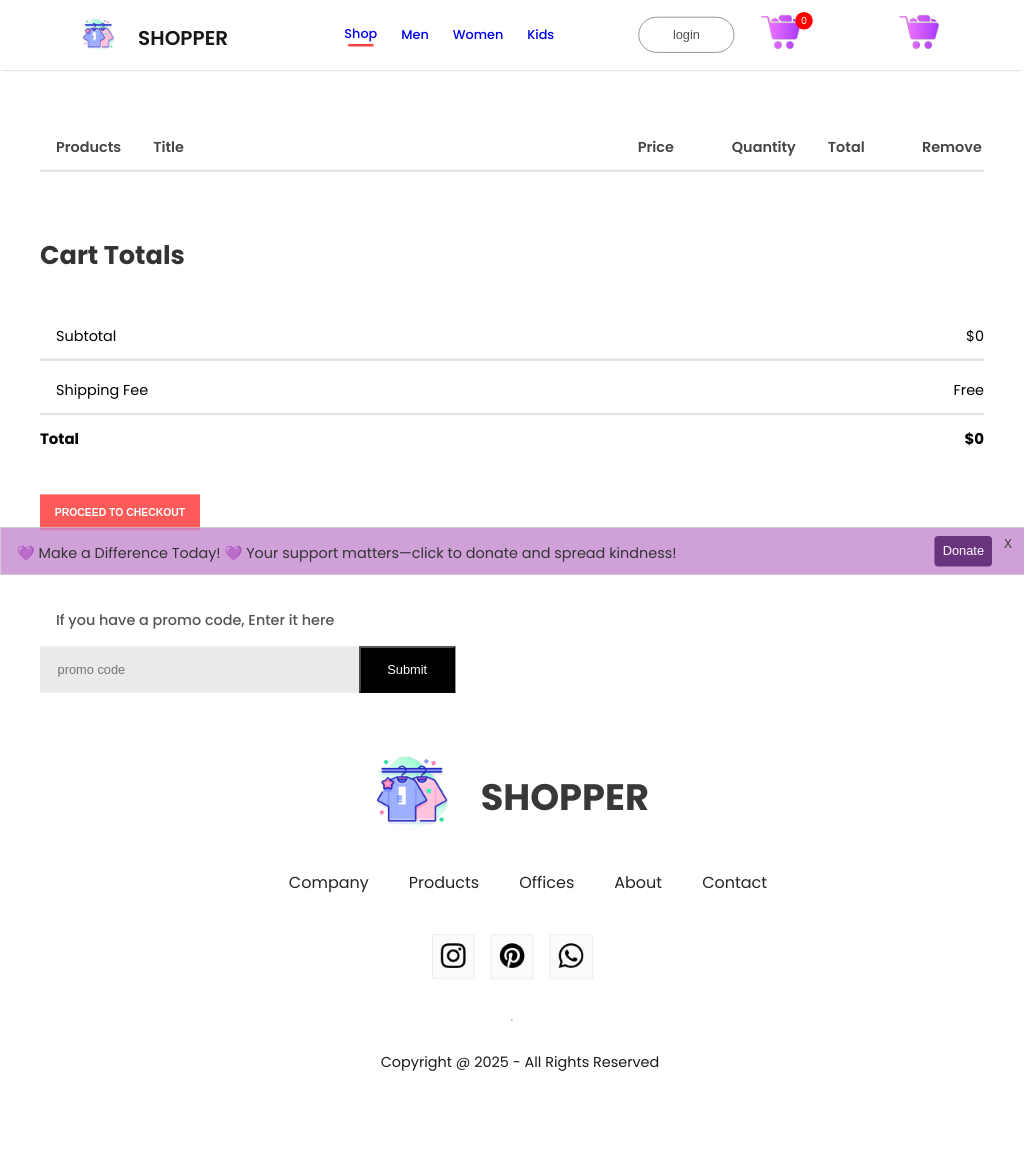
Repository: PayalJakhar/Shoppers-E-commerce-Website
Page: /cart (app in frontend/)
The author's editor kept a copy of each file at every save. The page is drawn from the files as they stood at one save, then again after a run of saves.
The browser window is 1280 px wide. The pictures show the whole page, at 80% of full size.
The page's requests for data from a server got no answer. The project was rebuilt for these pictures with package versions that can differ from the ones it lists, and the page was loaded fresh each time. No one was signed in, and anything a server would have sent is missing. Also part of the build but not shown: frontend/src/App.css, frontend/src/Components/Hero/Hero.css, frontend/src/Components/Hero/Hero.jsx, frontend/src/Components/Popular/Popular.css, frontend/src/Components/Item/Item.css, frontend/src/Components/Item/Item.jsx, frontend/src/Components/Popular/Popular.jsx, frontend/src/Components/Offers/Offers.css and 21 more.

Above is the page before, as saved 2025-02-07 19:19:42.

### frontend/src/index.css
*{
  margin:0;
}
body {
  margin: 0;
  font-family: -apple-system, BlinkMacSystemFont, 'Segoe UI', 'Roboto', 'Oxygen',
    'Ubuntu', 'Cantarell', 'Fira Sans', 'Droid Sans', 'Helvetica Neue',
    sans-serif;
  -webkit-font-smoothing: antialiased;
  -moz-osx-font-smoothing: grayscale;
  font-family:'poppins';
}

code {
  font-family: source-code-pro, Menlo, Monaco, Consolas, 'Courier New',
    monospace;
}

### frontend/src/Components/Navbar/Navbar.jsx
import React, { useContext, useState, useRef } from 'react';
import { Link } from 'react-router-dom';
import './Navbar.css';
import logo from '../Assets/Frontend_Assets/logo.png';
import cart_icon from '../Assets/Frontend_Assets/cart_icon.png';
import { ShopContext } from '../../Context/ShopContext';
import nav_dropdown from '../Assets/Frontend_Assets/nav_dropdown.png'

export default function Navbar() {
    const [menu, setMenu] = useState('shop');
    const {getTotalCartItems} = useContext(ShopContext);
    const menuRef = useRef();

    const dropdown_toggle = (e) =>{
        menuRef.current.classList.toggle('nav-menu-visible');
        e.target.classList.toggle('open');
    }


    return (
        <div className="navbar">
            <div className="nav-logo">
                <img src={logo} alt="" />
                <p> SHOPPER</p>
            </div>
            <img  className='nav-dropdown' onClick={dropdown_toggle} src={nav_dropdown} alt=""/>
            <ul ref={menuRef} className="nav-menu">
                <li onClick={() => { setMenu('shop') }}><Link style={{textDecoration:'none'}} to='/'>Shop</Link>{menu === 'shop' ? <hr /> : <></>}</li>
                <li onClick={() => { setMenu('mens') }}><Link style={{textDecoration:'none'}} to='/mens'>Men</Link>{menu === 'mens' ? <hr /> : <></>}</li>
                <li onClick={() => { setMenu('women') }}><Link style={{textDecoration:'none'}} to='/women'>Women</Link>{menu === 'women' ? <hr /> : <></>}</li>
                <li onClick={() => { setMenu('kids') }}><Link style={{textDecoration:'none'}} to='/kids'>Kids</Link>{menu === 'kids' ? <hr /> : <></>}</li>
            </ul>
            <div className="nav-login-cart">
                {localStorage.getItem('auth-token')?<button onClick={()=>{localStorage.removeItem('auth-token');window.location.replace('/')}}>Logout</button>:<Link style={{textDecoration:'none'}} to='/login'><button>login</button></Link>}
                <Link style={{textDecoration:'none'}} to='/cart'><img src={cart_icon} alt="" /></Link>
                <div className="nav-cart-count">{getTotalCartItems()}</div>
            </div>
            <div>
            <img src={cart_icon} alt="" />
            </div>
        </div>
    )
}

### frontend/src/Pages/Cart.jsx
import React from 'react'
import CartItems from '../Components/CartItems/CartItems'

export default function Cart() {
  return (
    <div>
      <CartItems/>
    </div>
  )
}

### frontend/src/Components/Footer/Footer.jsx
import React from 'react'
import './Footer.css'
import footer_logo from '../Assets/Frontend_Assets/logo_big.png'
import instagram_icon from '../Assets/Frontend_Assets/instagram_icon.png'
import pintester_icon from '../Assets/Frontend_Assets/pintester_icon.png'
import whatsapp_icon from '../Assets/Frontend_Assets/whatsapp_icon.png'
export default function Footer() {
  return (
    <div className='footer'>
        <div className="footer-logo">
            <img src={footer_logo} alt=""/>
            <p>SHOPPER</p>
        </div>
        <ul className="footer-links">
            <li>Company</li>
            <li>Products</li>
            <li>Offices</li>
            <li>About</li>
            <li>Contact</li>
        </ul>
        <div className="footer-social-icon">
            <div className="footer-icons-container">
                <img src={instagram_icon} alt=""/>
            </div>
            <div className="footer-icons-container">
                <img src={pintester_icon} alt=""/>
            </div>
            <div className="footer-icons-container">
                <img src={whatsapp_icon} alt=""/>
            </div>
        </div>
        <div className="footer-copyright">
            <hr/>
            <p>Copyright @ 2025 - All Rights Reserved</p>
        </div>
    </div>
  )
}

### frontend/src/Components/Donate/Donate.jsx
import React, { useState } from 'react';
import { Link } from 'react-router-dom';
import './Donate.css';

const Donate = () => {
  const [value, setValue] = useState('flex');
  const [isOpen, setIsOpen] = useState(false);

  const openModal = () => {
    setIsOpen(true);
    setValue('none');
  };

  const closeModal = () => {
    setIsOpen(false);
    setValue('flex');
  };

  return (
    <>
      <div className='donates' style={{ display: value }}>
        <p>💜 Make a Difference Today! 💜 Your support matters—click to donate and spread kindness!</p>
        <div className='donate-ins'>
          <button className='paras' onClick={openModal}>Donate</button>
          <button className='texts' onClick={() => setValue('none')}>X</button>
        </div>
      </div>
      {isOpen && (
        <div className="modals">
          <div className="modal-contents">
            <span className="closes" onClick={closeModal}>&times;</span>
            <h2>🌼 Donate & Earn Rewards! 🌼</h2>
            <ul>
              <li>✔ Support a Cause: Your donations go directly to trusted NGOs, making a real impact</li>
              <li>✔ Minimum 5 Items: Donate at least 5 clothes to contribute</li>
              <li>✔ Earn Rewards: Get 100 points per donation—stack up to 500 points to unlock exclusive discounts & coupons!</li>
              <li>✔ Quality Matters: Clothes should have no more than 20% damage—let's keep it wearable for those in need!</li>
              💙 Give. Earn. Save. Start donating today!
            </ul>
            <button className="donate-buttons" onClick={()=>{setValue('none');setIsOpen(false)}}>
              <Link style={{ textDecoration: 'none', color:'white'}} to='/donation'>Donate Now</Link>
            </button>
          </div>
        </div>
      )}
    </>
  );
}

export default Donate;

### frontend/src/Components/Navbar/Navbar.css
.navbar{
    display:flex;
    justify-content:space-around;
    padding:16px;
    box-shadow:0 1px 3px -2px black;
    align-items: center;
}

.nav-logo{
    display:flex;
    align-items:center;
    gap:10px;
}

.nav-logo p{
    color: #171717;
    font-size: 38px;
    font-weight:600;
}

.nav-menu{
    display:flex;
    align-items:center;
    list-style:none;
    gap:50px;
    color: #626262;
    font-size:20px;
    font-weight: 500;
}

.nav-menu li{
    display:flex;
    flex-direction:column;
    align-items:center;
    justify-content:center;
    cursor:pointer;
}

.nav-menu hr{
    border:none;
    width:80%;
    height:3px;
    border-radius:10px;
    background: #FF4141;
}

.nav-login-cart{
    display:flex;
    align-items:center;
    gap:45px;
}

.nav-login-cart button{
    width:157px;
    height:58px;
    outline:none;
    border:1px solid #7a7a7a;
    border-radius:75px;
    color:#515151;
    font-size:20px;
    font-weight:500;
    background:white;
    cursor:pointer;
}

.nav-login-cart button:hover{
    background:#f3f3f3;
}

.nav-cart-count{
    width:22px;
    height:22px;
    display:flex;
    justify-content:center;
    align-items:center;
    margin-top:-35px;
    margin-left:-55px;
    border-radius:11px;
    font-size:14px;
    background:red;
    color:white;
}

.nav-dropdown{
    display: none;
}

/* here we are making it responsive for max-width: 1280px */

@media(max-width: 1280px){
    .navbar{
        padding: 12px 50px;
    }

    .nav-logo img{
        width: 40px;
    }
    .nav-logo p{
        font-size: 25px;
    }
    .nav-menu{
        gap: 30px;
        font-size: 16px;
    }
    .nav-login-cart{
        gap: 30px;
    }
    .nav-login-cart button{
        width: 120px;
        height: 45px;
        font-size: 16px;
    }
    .nav-cart-count{
        margin-left: -40px;
        font-size: 12px;
    }
}

@media(max-width: 1024px){
    .navbar{
        padding: 12px 30px;
    }

    .nav-menu{
        gap: 25px;
        font-size: 14px;
    }
    .nav-login-cart button{
        width: 80px;
        height: 35px;
        font-size: 14px;
    }
    .nav-cart-count{
        width: 18px;
        height: 18px;
    }
    .nav-login-cart img{
        width: 30px;
    }
}

@media(max-width: 800px){
    .navbar{
        padding: 10px 0px;
    }

    .nav-dropdown{
        display: block;
        width: 30px;
        rotate: -90deg;
        transition: 0.5s;
    }
    .nav-menu{
        display: none;
        height: 80px;
        width: 100%;
        position: absolute;
        background-color: white;
        justify-content: center;
        top: 50px;
    }
    .nav-menu-visible{
        display: flex;
    }
    .nav-dropdown.open{
        transform: rotate(90deg);
    }
}


@media(max-width: 500px){
    .navbar{
        padding: 8px 0px;
        gap: 0;
    }

    .nav-logo{
       transform: scale(0.8);
    }
    .nav-menu{
        height: 70px;
        top: 50px;
        display: none;
    }
    .nav-login-cart{
        transform: scale(0.8);
    }
    .nav-menu-visible{
        display: flex;
    }
    .nav-dropdown.open{
        transform: rotate(90deg);
    }
}

### frontend/src/Components/CartItems/CartItems.jsx
import React, { useContext } from 'react';
import './CartItems.css';
import { ShopContext } from '../../Context/ShopContext';
import remove_icon from '../Assets/Frontend_Assets/cart_cross_icon.png';

const CartItems = () => {
    const { getTotalCartAmount, all_product, cartItems, removeFromCart } = useContext(ShopContext);
    return (
        <div className='cartitems'>
            <div className="cartitems-format-main">
                <p>Products</p>
                <p>Title</p>
                <p>Price</p>
                <p>Quantity</p>
                <p>Total</p>
                <p>Remove</p>
            </div>
            <hr />
            {all_product.map((e) => {
                if (cartItems[e.id] > 0) {
                    return (
                        <div key={e.id}>
                            <div className="cartiitems-format cartitems-format-main">
                                <img src={e.image} alt="" className='carticon-product-icon' />
                                <p>{e.name}</p>
                                <p>${e.new_price}</p>
                                <button className='cartitems-quantity'>{cartItems[e.id]}</button>
                                <p>${e.new_price * cartItems[e.id]}</p>
                                <img
                                    className='cartitems-remove-icon' src={remove_icon} onClick={() => { removeFromCart(e.id) }} alt="" />
                            </div>
                            <hr />
                        </div>
                    );
                }
                return null;
            })}
            <div className="cartitems-down">
                <div className="cartitems-total">
                    <h1>Cart Totals</h1>
                    <div>
                        <div className="cartitems-total-item">
                            <p>Subtotal</p>
                            <p>${getTotalCartAmount()}</p>
                        </div>
                        <hr />
                        <div className="cartitems-total-item">
                            <p>Shipping Fee</p>
                            <p>Free</p>
                        </div>
                        <hr />
                        <div className="cartitems-total-item">
                            <h3>Total</h3>
                            <h3>${getTotalCartAmount()}</h3>
                        </div>
                    </div>
                    <button>PROCEED TO CHECKOUT</button>
                </div>
                <div className="cartitems-promocode">
                    <p>If you have a promo code, Enter it here</p>
                    <div className="cartitems-promobox">
                        <input type="text" placeholder='promo code' />
                        <button>Submit</button>
                    </div>
                </div>
            </div>
        </div>
    );
}

export default CartItems;

### frontend/src/Components/Footer/Footer.css
.footer{
    display: flex;
    flex-direction: column;
    justify-content: center;
    align-items: center;
    gap: 50px;
    margin-bottom:80px;
}

.footer-logo{
    display: flex;
    align-items: center;
    gap: 20px;
}

.footer-logo p{
    color: #383838;
    font-size: 46px;
    font-weight: 700;

}

.footer-links{
    display: flex;
    list-style: none;
    gap: 50px;
    color: #252525;
    font-size: 20px;
}

.footer-links li{
    cursor: pointer;
}

.footer-social-icon{
    display: flex;
    gap: 20px;
}

.footer-icons-container{
    padding: 10px;
    padding-bottom:6px;
    background: #fbfbfb;
    border: 1px solid #ebebeb;
}

.footer-copyright{
    display: flex;
    flex-direction: column;
    align-items: center;
    gap: 30px;
    width: 100%;
    margin-bottom: 30px;
    color: #1a1a1a;
    font-size: 20px;
}

.footer-copyright r{
    width: 80%;
    border: none;
    border-radius: 10px;
    height: 3px;
    background: #c7c7c7;
}

@media(max-width: 800px){
    .footer{
        gap: 20px;
    }
    .footer-lgo{
        gap: 10px;
        align-items: end;
    }
    .footer-logo img{
        width: 40px;
    }
    .footer-logo p{
        font-size: 25px;
    }
    .footer-links{
        font-size: 14px;
        gap: 10px;
    }
    .footer-social-icon img{
        width: 22px;
    }
    .footer-copyright{
        font-size: 13px;
    }
}

### frontend/src/Components/Donate/Donate.css
.donates {
    position: fixed;
    bottom:1px;
    display:flex;
    justify-content:space-between;
    width: 100%;
    background-color: rgb(197, 137, 208);
    padding: 10px 0px 10px 0px;
    border: 1px solid #ccc;
    z-index: 1000;
    opacity:0.8;
    animation: slideInUp 0.9s ease-out forwards;
}

.donate-ins{
    position:relative;
    margin-right:40px;
    display:flex;
    gap:30px;
}

p{
    padding-top:8px;
    margin-left:20px;
    weight:300;
    font-size:18px;
}

.paras {
    padding: 10px;
    margin-right:1px;
    font-size: 16px;
    border: none;
    background-color: #45015d;
    color: white;
    cursor: pointer;
    border-radius: 5px;
}

.texts{
    background-color:transparent;
    border:none;
    position: absolute;
    top: 0;
    right: -30px;
    font-size:15px;
    font-weight:500;
}

.paras:hover{
background-color: #00060a;
}

.texts:hover{
    color:white;
}

.modals {
    display: flex;
    justify-content: center;
    align-items: center;
    position: fixed;
    z-index: 1;
    left: 0;
    right:0;
    bottom:0;
    top: 0;
    width: 100%;
    height: 100%;
    background-color: rgba(0,0,0,0.5);
}

.modal-contents {
    background-color: #fefefe;
    margin: 15% auto;
    padding: 20px;
    border: 1px solid #888;
    width: 80%;
    border-radius: 10px;
    text-align: center;
    box-shadow: 0 4px 8px rgba(0,0,0,0.2);
}

.closes {
    color: #aaa;
    float: right;
    font-size: 28px;
    font-weight: bold;
}

.closes:hover,
.closes:focus {
    color: black;
    text-decoration: none;
    cursor: pointer;
}

.donate-buttons {
    background-color: #802ea5;
    color: white;
    padding: 10px 20px;
    text-align: center;
    text-decoration: none;
    display: inline-block;
    font-size: 16px;
    margin: 15px 2px 0px 2px;
    cursor: pointer;
    border-radius: 5px;
    transition: background-color 0.3s;
    border:none;
}

.donate-buttons:hover {
    background-color: #170122;

}

.open-modal-buttons {
    background-color: #ffebcd;
    color: #333;
    padding: 10px 15px;
    border: none;
    border-radius: 5px;
    cursor: pointer;
    font-size: 16px;
    margin: 20px;
    transition: background-color 0.3s;
}

.modal-contents ul {
    list-style: none;
    padding: 0;
    margin: 0;
}

.modal-contents li {
    display: flex;
    align-items: center;
    gap: 8px;
    padding: 8px 0;
    font-size: 16px;
}


.open-modal-buttons:hover {
    background-color: #f0e68c;
}


@keyframes slideInUp {
    0% {
      transform: translateY(100%);
      opacity: 0;
    }
    100% {
      transform: translateY(0);
      opacity: 0.8;
    }
  }


  @media(max-width:500px){
    .donate{
        height:50px;
        gap:2px;
    }
    p{
        font-size: 10px;
    }
    .para{
        font-size: 13px;
    }
    .text{
        font-size:12px;
    }
}

### frontend/src/Components/CartItems/CartItems.css
.cartitems{
    margin: 100px 70px;
}
.cartitems hr{
    height: 3px;
    background: #e2e2e2;
    border: 0;
}
.cartitems-format-main{
    display: grid;
    grid-template-columns: 0.5fr 2fr 1fr 1fr 1fr 1fr;
    align-items: center;
    gap: 75px;
    padding: 20px 0px;
    color: #454545;
    font-size: 18px;
    font-weight: 600;

}
.cartiitems-format{
    font-size: 17px;
    font-weight: 500;
}
.carticon-product-icon{
    height: 62px;
}
.cartitems-remove-icon{
    width: 15px;
    margin: 0px 40px;
    cursor: pointer;
}
.cartitems-quantity{
    width: 64px;
    height: 50px;
    border: 2px solid #ebebeb;
    background: #fff;
}
.cartitems-down{
    display: flex;
    margin: 100px 0px;
}
.cartitems-total{
    flex: 1;
    display: flex;
    flex-direction: column;
    margin-right: 200px;
    gap: 40px;

}
.cartitems-total-item{
    display: flex;
    justify-content: space-between;
    padding: 15px 0px;
}
.cartitems-total button{
    width: 262px;
    height: 58px;
    outline: none;
    border: none;
    background: #ff5a5a;
    color:white;
    font-size: 16px;
    font-weight: 600;
    cursor: pointer;
}
.cartitems-promocode{
    flex:1;
    display: flex;
    flex-direction: column;
    font-weight: 500;

}
.cartitems-promocode p{
    color:#555;
    margin-top: 10px;
}
.cartitems-promobox{
    width: 504px;
    margin-top: 20px;
    padding-left: 20px;
    height: 58px;
    background: #eaeaea;
}
.cartitems-promobox input{
    border: none;
    outline: none;
    background: transparent;
    font-size: 16px;
    width: 330px;
    height: 50px;
}
.cartitems-promobox button{
    width: 170px;
    height: 58px;
    font-size: 16px;
    background: black;
    color: white;
    cursor: pointer;
}

@media(max-width:1280px){
    .cartitems{
        margin: 60px 50px;
    }

    .cartitems-format-main{
        grid-template-columns: 0.5fr 3fr 0.5fr 0.5fr 0.5fr 0.5fr;
        gap: 20px;
        padding: 15px 0px;
        font-size: 15px;
    }

    .carticon-product-icon{
        height: 50px;
    }

    .cartitems-remove-icon{
        margin: auto;
    }

    .cartitems-quantity{
        width: 40px;
        height: 30px;
    }

    .cartitems-down{

        margin: 80px 0px;

        flex-direction: column;

        gap: 80px;
    }

        .cartitems-total {

        margin: 0px;

        }

        .cartitems-total button{
        max-width: 200px;
        height: 45px;
        font-size: 13px;
        }
        .cartitems-promobox{
        width: auto;
        max-width: 500px;
        }

        .cartitems-promobox input{
            width: 100%;
        }

        .cartitems-promobox button{
            width: 120px;
            margin-left: -125px;
        }

}

@media (max-width:500px){

    .cartitems-format-main{
    display: none;
    grid-template-columns: 0.5fr 3fr 0.5fr;
        gap : 10px;
    }

    .cartitems-format{
    display: grid;
    }
}

Loaded but not shown: frontend/public/index.html (common file); frontend/src/reportWebVitals.js (common file); frontend/src/App.js (38 lines, source omitted); frontend/src/index.js (20 lines, source omitted); frontend/src/Components/Donation/Donation.css (243 lines, source omitted); frontend/src/Context/ShopContext.jsx (115 lines, source omitted)

After the next 4 saves:
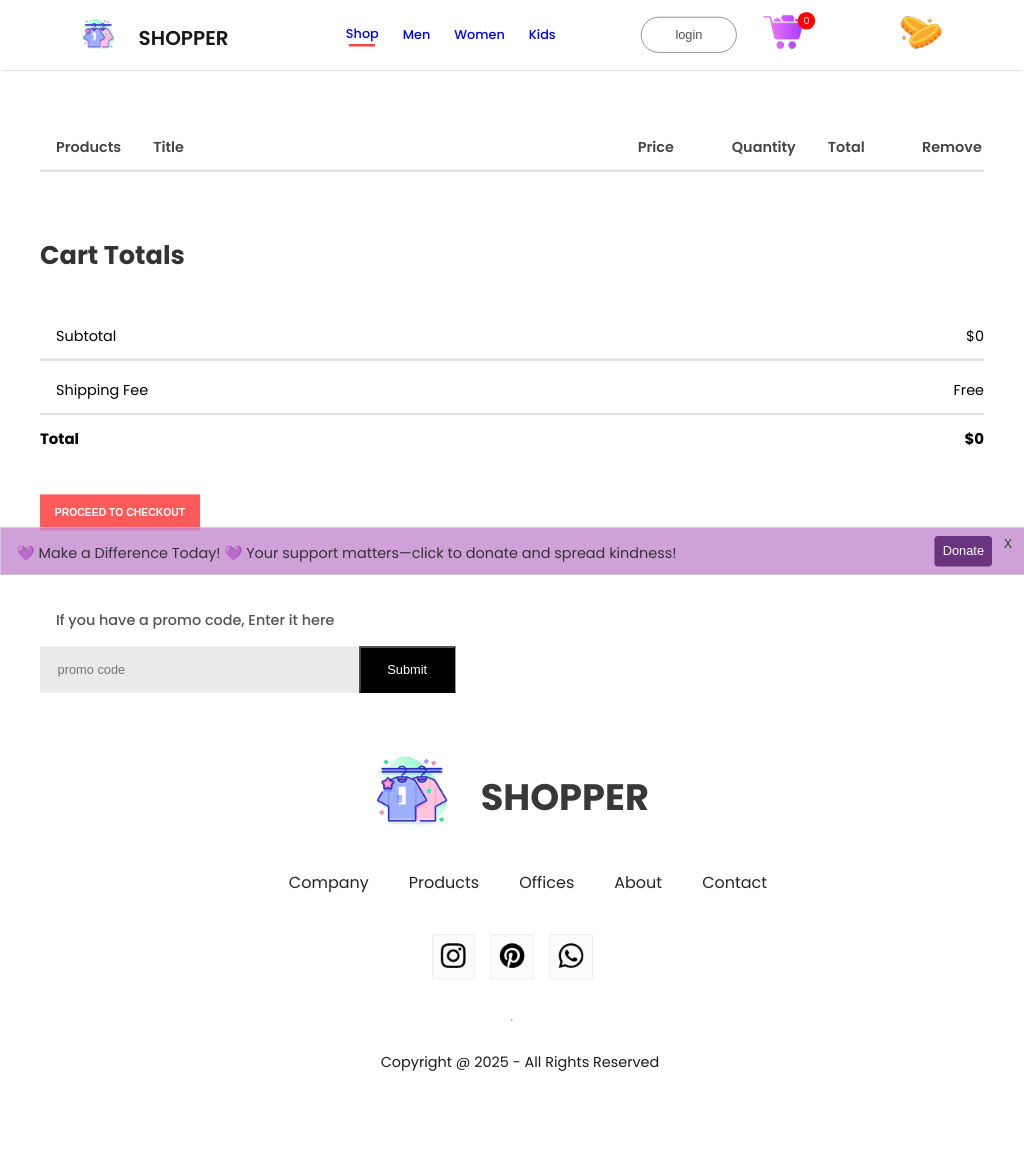
The 4 saves are shown as one change because 2 did not build or start and some came seconds apart.
The last was saved 35 s later.
--- a/frontend/src/Components/Navbar/Navbar.jsx
+++ b/frontend/src/Components/Navbar/Navbar.jsx
@@ -3,6 +3,7 @@ import { Link } from 'react-router-dom';
 import './Navbar.css';
 import logo from '../Assets/Frontend_Assets/logo.png';
 import cart_icon from '../Assets/Frontend_Assets/cart_icon.png';
+import coin_icon from '../Assets/Frontend_Assets/coin_icon.png';
 import { ShopContext } from '../../Context/ShopContext';
 import nav_dropdown from '../Assets/Frontend_Assets/nav_dropdown.png'
 
@@ -36,7 +37,7 @@ export default function Navbar() {
                 <div className="nav-cart-count">{getTotalCartItems()}</div>
             </div>
             <div>
-            <img src={cart_icon} alt="" />
+            <img src={coin_icon} alt="" />
             </div>
         </div>
     )
